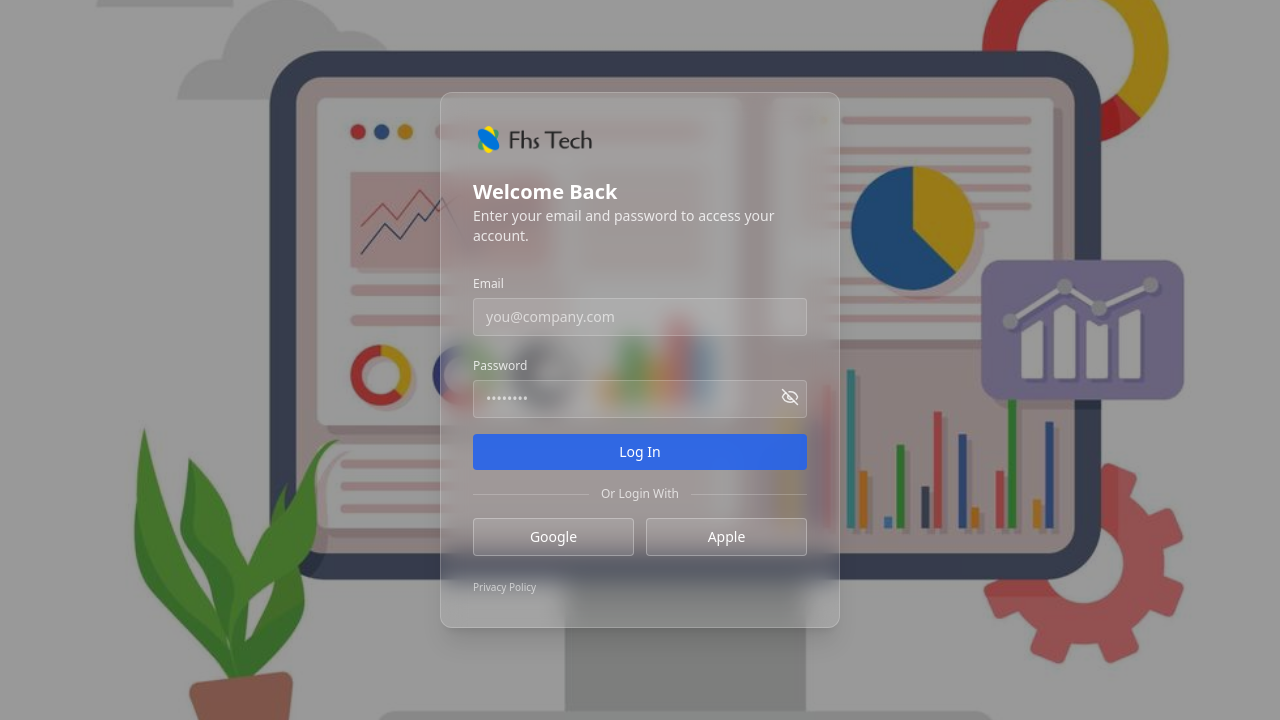
Repository: gofaiz23-dotcom/fhs_tech_frontend
Page: /login
The author's editor kept a copy of each file at every save. The page is drawn from the files as they stood at one save, then again after the next save.
The browser window is 1280 px wide. The pictures show the whole page.
The project was rebuilt for these pictures with package versions that can differ from the ones it lists, and the page was loaded fresh each time. The framework's server and built-in components were replaced by stand-ins that run in the browser. Also part of the build but not shown: next.config.ts.

Above is the page before, as saved 2025-10-01 23:45:16.

### app/layout.tsx
import type { Metadata } from "next";
import { Geist, Geist_Mono } from "next/font/google";
import "./globals.css";
// import '../styles/globals.css';

const geistSans = Geist({
  variable: "--font-geist-sans",
  subsets: ["latin"],
});

const geistMono = Geist_Mono({
  variable: "--font-geist-mono",
  subsets: ["latin"],
});

export const metadata: Metadata = {
  title: "FHS TECH",
  description: "",
};

export default function RootLayout({
  children,
}: Readonly<{
  children: React.ReactNode;
}>) {
  return (
    <html lang="en">
      <body>
        <div>
          {children}
        </div>
      </body>
    </html>
  );
}

### app/login/page.tsx
"use client";
import Image from "next/image";
import Link from "next/link";
import React from "react";
import { Eye, EyeOff } from "lucide-react";

export default function LoginPage() {
  const [email, setEmail] = React.useState("");
  const [password, setPassword] = React.useState("");
  const [remember, setRemember] = React.useState(false);
  const [showPassword, setShowPassword] = React.useState(false);

  const handleSubmit = (e: React.FormEvent) => {
    e.preventDefault();
    // TODO: Integrate authentication API here
  };

  return (
    <div
      className="min-h-screen bg-cover bg-center flex items-center justify-center relative"
      style={{ backgroundImage: "url('/login-bg.jpg')" }}
    >
      <div className="absolute inset-0 bg-black/40" />
      <div className="relative w-full max-w-md mx-auto p-6">
        <div className="backdrop-blur-md bg-white/10 border border-white/20 rounded-xl shadow-xl p-8">
          <div className="flex items-center gap-3 mb-6">
            <Image src="/fhs-tech-logo.png" alt="FHS Tech" width={120} height={120} />
          </div>
            <div className="text-xl font-semibold text-white">Welcome Back</div>
          <div className="text-sm text-white/80 mb-6">Enter your email and password to access your account.</div>
          <form onSubmit={handleSubmit} className="space-y-4">
            <div>
              <label className="text-xs text-white/80">Email</label>
              <input type="email" value={email} onChange={(e)=>setEmail(e.target.value)} className="mt-1 w-full border border-white/20 bg-white/10 text-white placeholder-white/60 rounded px-3 py-2 text-sm focus:outline-none" placeholder="you@company.com" required />
            </div>
            <div>
              <label className="text-xs text-white/80">Password</label>
              <div className="relative">
                <input type={showPassword ? 'text' : 'password'} value={password} onChange={(e)=>setPassword(e.target.value)} className="mt-1 w-full border border-white/20 bg-white/10 text-white placeholder-white/60 rounded px-3 py-2 pr-10 text-sm focus:outline-none" placeholder="••••••••" required />
                <button type="button" aria-label="toggle password" className="absolute right-2 top-1/2 -translate-y-1/2 text-white/80" onClick={()=>setShowPassword(!showPassword)}>
                  {showPassword ?   <Eye size={18} /> : <EyeOff size={18} />}
                </button>
              </div>
            </div>
            {/* <div className="flex items-center justify-between text-xs">
              <label className="flex items-center gap-2 text-white/80">
                <input type="checkbox" className="h-4 w-4" checked={remember} onChange={(e)=>setRemember(e.target.checked)} />
                <span>Remember Me</span>
              </label>
              <Link href="#" className="text-blue-200 hover:underline">Forgot Your Password?</Link>
            </div> */}
            <button type="submit" className="w-full bg-blue-600/90 hover:bg-blue-700 text-white py-2 rounded text-sm">Log In</button>
          </form>
          <div className="flex items-center my-4">
            <div className="flex-1 h-px bg-white/20"></div>
            <div className="px-3 text-xs text-white/70">Or Login With</div>
            <div className="flex-1 h-px bg-white/20"></div>
          </div>
          <div className="grid grid-cols-2 gap-3">
            <button className="border border-white/30 bg-white/10 text-white rounded py-2 text-sm">Google</button>
            <button className="border border-white/30 bg-white/10 text-white rounded py-2 text-sm">Apple</button>
          </div>
          {/* <div className="text-xs text-white/80 mt-6">
            Don&apos;t Have An Account? <Link href="#" className="text-blue-200 hover:underline">Register Now.</Link>
          </div> */}
          <div className="text-[10px] text-white/60 mt-6">Privacy Policy</div>
        </div>
      </div>
    </div>
  );
}

### app/globals.css
@tailwind base;
@tailwind components;
@tailwind utilities;



body{
   padding: 0px;
  margin: 0px;
  /* background-color: #000; */
}

### tailwind.config.js
/** @type {import('tailwindcss').Config} */
module.exports = {
 content: [
    './pages/**/*.{js,ts,jsx,tsx}',
    './components/**/*.{js,ts,jsx,tsx}',
    './app/**/*.{js,ts,jsx,tsx}', // if using app directory
  ],
  theme: {
    extend: {},
  },
  plugins: [],
}

After the next save:
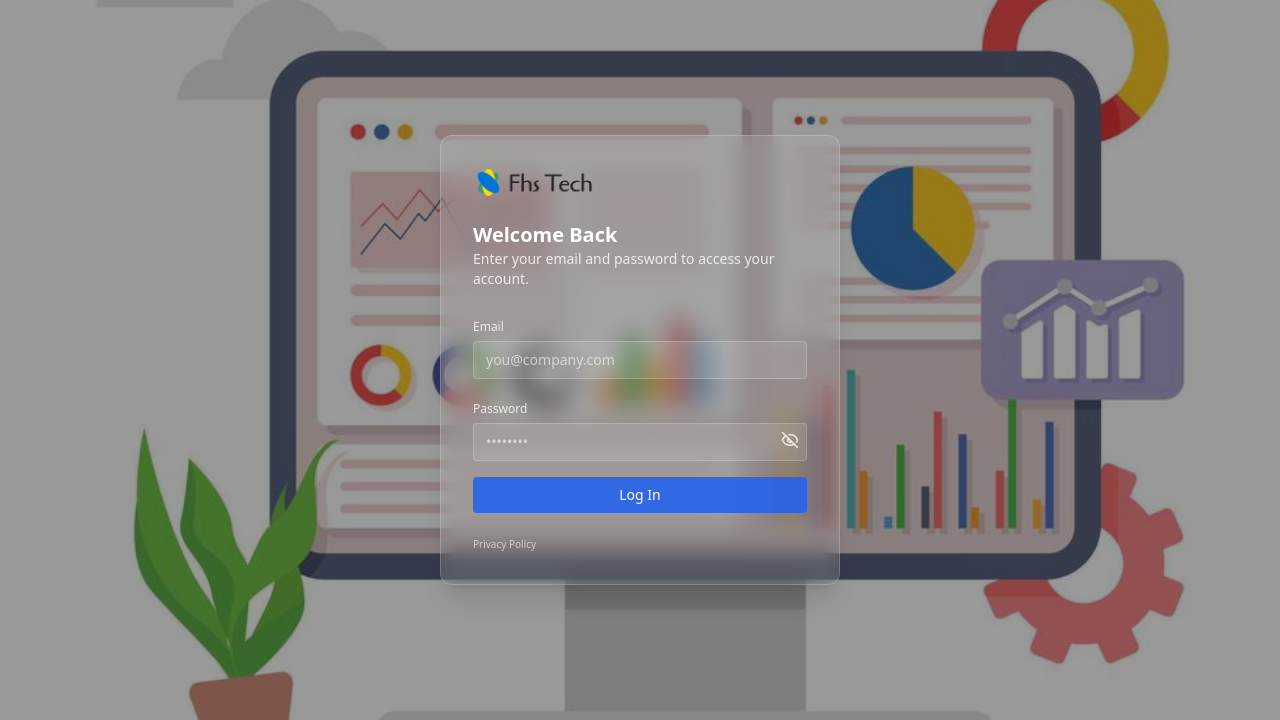
Saved 7 s later.
--- a/app/login/page.tsx
+++ b/app/login/page.tsx
@@ -51,7 +51,7 @@ export default function LoginPage() {
             </div> */}
             <button type="submit" className="w-full bg-blue-600/90 hover:bg-blue-700 text-white py-2 rounded text-sm">Log In</button>
           </form>
-          <div className="flex items-center my-4">
+          {/* <div className="flex items-center my-4">
             <div className="flex-1 h-px bg-white/20"></div>
             <div className="px-3 text-xs text-white/70">Or Login With</div>
             <div className="flex-1 h-px bg-white/20"></div>
@@ -59,7 +59,7 @@ export default function LoginPage() {
           <div className="grid grid-cols-2 gap-3">
             <button className="border border-white/30 bg-white/10 text-white rounded py-2 text-sm">Google</button>
             <button className="border border-white/30 bg-white/10 text-white rounded py-2 text-sm">Apple</button>
-          </div>
+          </div> */}
           {/* <div className="text-xs text-white/80 mt-6">
             Don&apos;t Have An Account? <Link href="#" className="text-blue-200 hover:underline">Register Now.</Link>
           </div> */}
